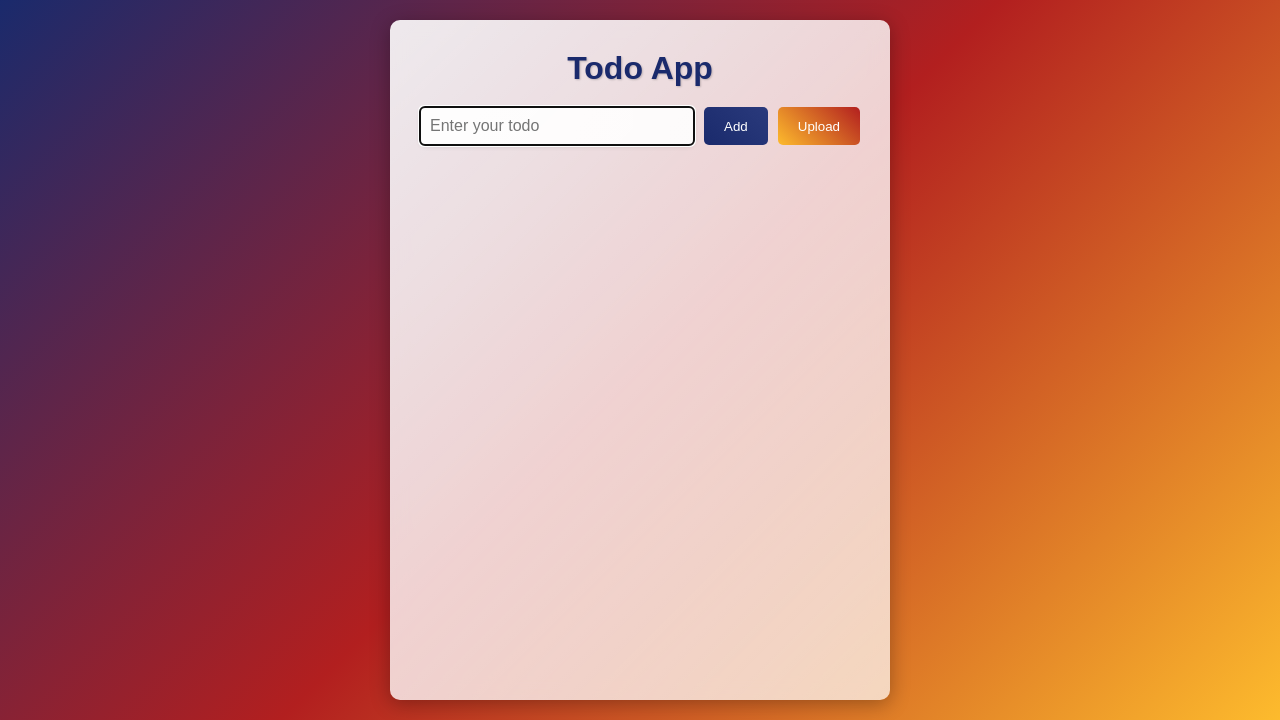
Repository: Teycir/todo-app
Page: index.html
These files come from the project's save history. The page is drawn as it stood at one moment and after the next save; the edit follows.
The browser window is 1280 px wide. The pictures show the whole page.

Above is the page before, as saved 2024-11-07 18:11:03.

After the next save:
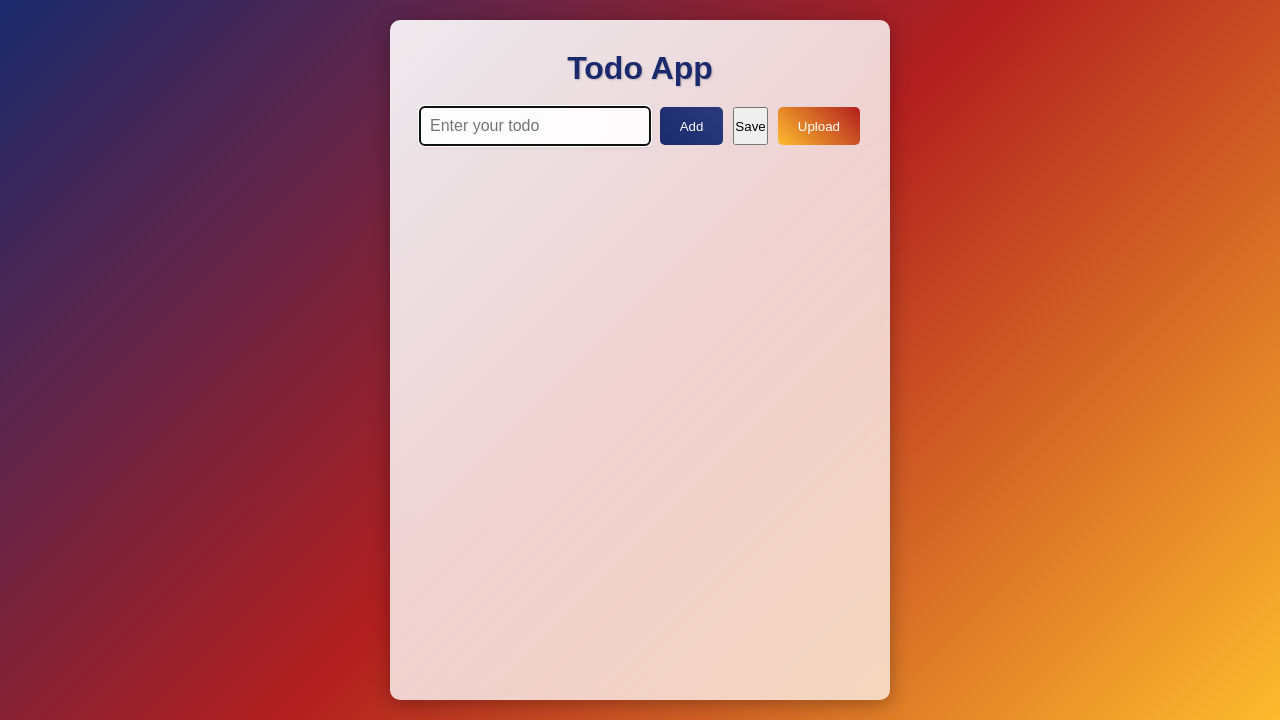
Saved 2 min 59 s later.
--- a/index.html
+++ b/index.html
@@ -12,6 +12,7 @@
         <div class="input-section">
             <input type="text" id="todoInput" placeholder="Enter your todo">
             <button id="addTodo">Add</button>
+            <button id="saveTodo">Save</button>
             <button id="uploadTodo">Upload</button>
         </div>
         <ul id="todoList"></ul>
